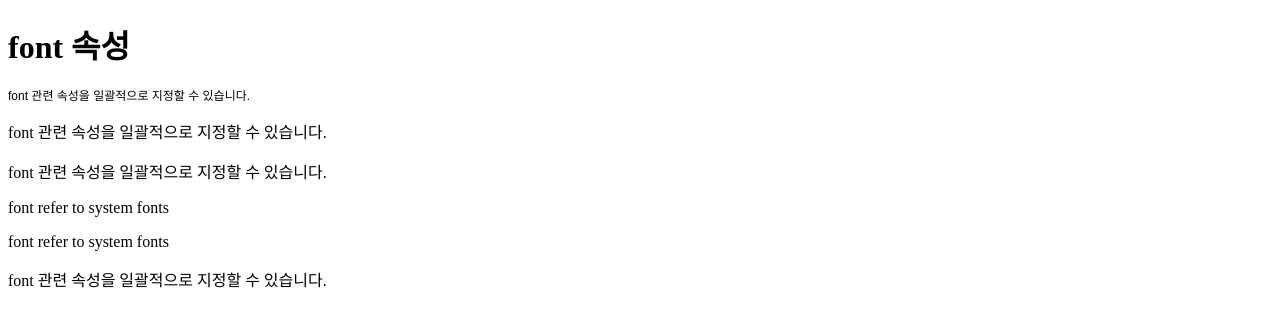
Repository: cussip/SuperHands
Page: WebExam/src/main/webapp/css/fonts/webfont/font.html
An editor plug-in stored every save of this project. The page is shown before and after the next save, followed by the edit.
The browser window is 1280 px wide. The pictures show the whole page.

Above is the page before, as saved 2022-01-30 02:27:51.

### WebExam/src/main/webapp/css/fonts/webfont/font.html
<!DOCTYPE html>
<html>
<head>
	<meta charset="UTF-8">
	<title>font.html</title>
	<style>
		.font01 { font: 12px/14px sans-serif; }
	</style>
</head>
<body>
	<!--  폰트 관련 속성을 일괄적으로 지정하기 위한 대표 속성 -->
	<h1>font 속성</h1>
	<p class="font01">font 관련 속성을 일괄적으로 지정할 수 있습니다.</p>
	<p class="font02">font 관련 속성을 일괄적으로 지정할 수 있습니다.</p>
	<p class="font03">font 관련 속성을 일괄적으로 지정할 수 있습니다.</p>
	<p class="font04">font refer to system fonts</p>
	<p class="font05">font refer to system fonts</p>
	<p class="font06">font 관련 속성을 일괄적으로 지정할 수 있습니다.</p>
</body>
</html>

After the next save:
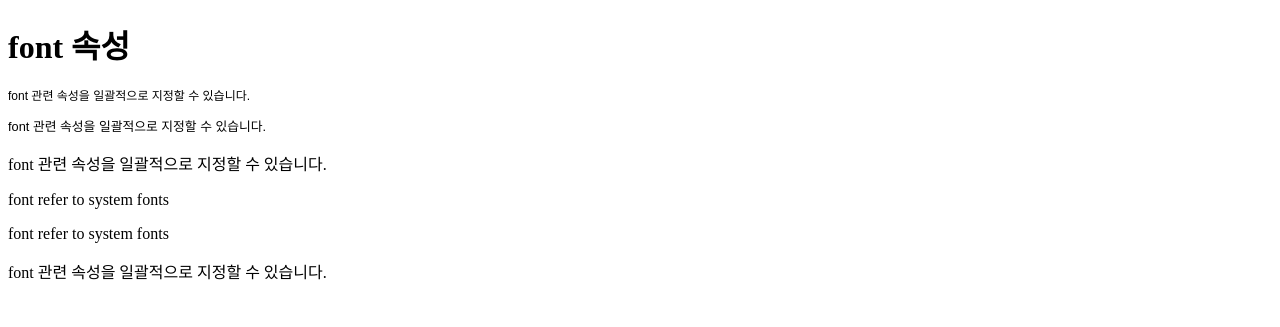
Saved 62 s later.
--- a/WebExam/src/main/webapp/css/fonts/webfont/font.html
+++ b/WebExam/src/main/webapp/css/fonts/webfont/font.html
@@ -5,6 +5,7 @@
 	<title>font.html</title>
 	<style>
 		.font01 { font: 12px/14px sans-serif; }
+		.font02 { font: 80% sans-serif; }
 	</style>
 </head>
 <body>
